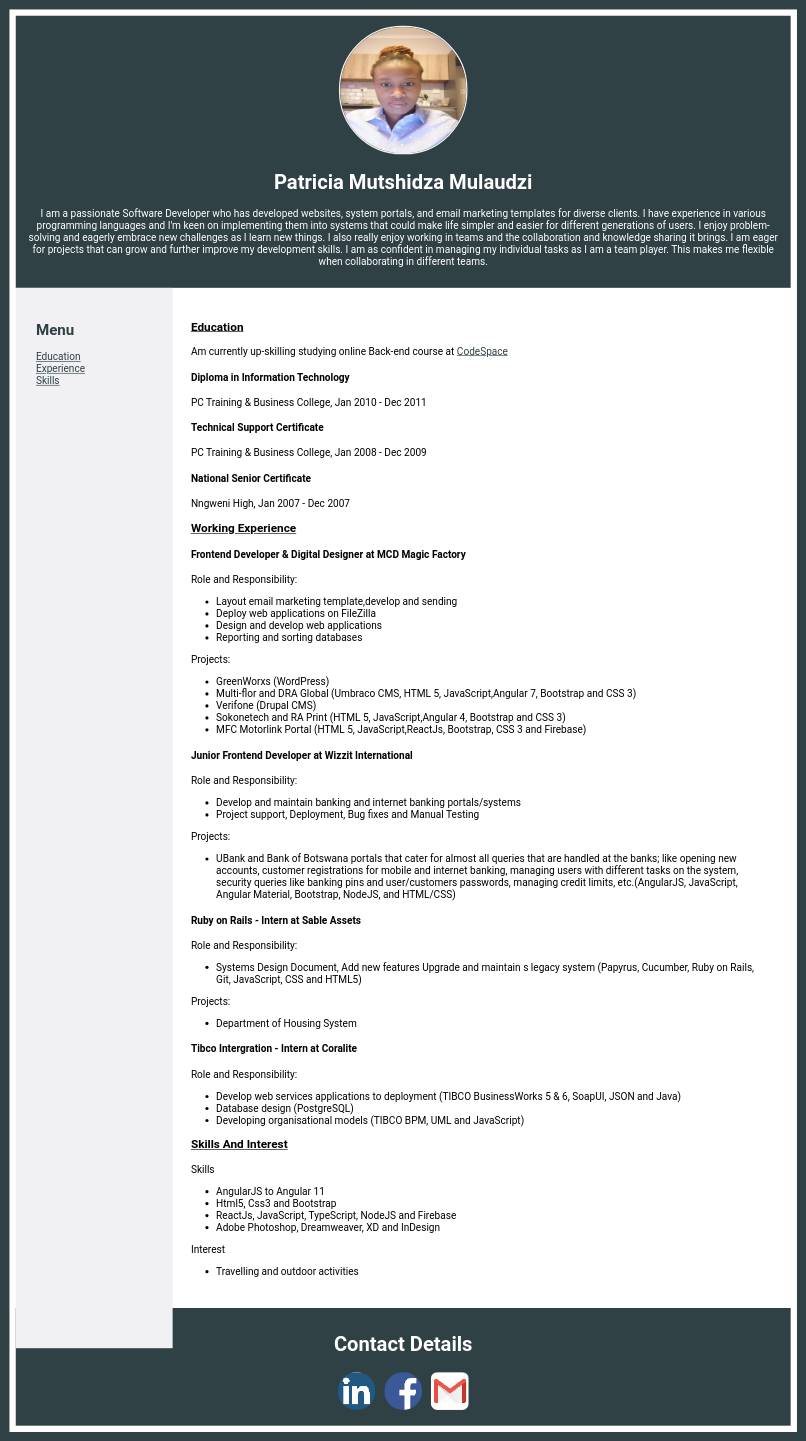
Repository: Patricious/Digital-Resume-01
Page: index.html
These files come from the project's save history. The page is drawn as it stood at one moment and after the next save; the edit follows.
The browser window is 1280 px wide. The pictures show the whole page, at 63% of full size.

Above is the page before, as saved 2021-08-23 11:52:32.

### index.html
<!DOCTYPE html>
<html>

<head>
    <title>Patricia Digital Resume</title>
    <meta charset="utf-8">
    <meta name="viewport" content="width=device-width, initial-scale=1">
    <link rel="stylesheet" type="text/css" href="css/stylesheet.css">
</head>

<body scroll="yes">

    <header>
        <img src="img/IMG_20200502_085519.jpg" alt="profile" width="200" height="200" class="profile" />
        <h1>Patricia Mutshidza Mulaudzi</h1>
        <p>I am a passionate Software Developer who has developed websites, system portals, and email marketing templates for diverse clients. I have experience in various programming languages and I'm keen on implementing them into systems that could make
            life simpler and easier for different generations of users. I enjoy problem-solving and eagerly embrace new challenges as I learn new things. I also really enjoy working in teams and the collaboration and knowledge sharing it brings. I am
            eager for projects that can grow and further improve my development skills. I am as confident in managing my individual tasks as I am a team player. This makes me flexible when collaborating in different teams.</p>
    </header>
    <div class="container">
        <section>
            <aside>
                <h2>Menu</h2>
                <ul class="nav">
                    <li>
                        <a href="#education">Education</a>
                    </li>
                    <li>
                        <a href="#experience">Experience</a>
                    </li>
                    <li>
                        <a href="#skills">Skills</a>
                    </li>

                </ul>
            </aside>

            <article>
                <h3 id="education"> <span>Education</span>
                </h3>
                <p> Am currently up-skilling studying online Back-end course at
                    <a href="https://www.codespace.co.za/courses/?matchtype=b&device=c&keyword=codespace&adgroupid=81088003381&utm_campaign=8148639553&utm_source=google&utm_medium=cpc&gclid=EAIaIQobChMIkP_7q8bG8gIV1uvtCh0w7A1-EAAYASAAEgL34vD_BwE"> CodeSpace</a>
                </p>

                <h4>Diploma in Information Technology </h4>

                <p>PC Training & Business College, Jan 2010 - Dec 2011</p>
                <h4>Technical Support Certificate </h4>


                <p>PC Training & Business College, Jan 2008 - Dec 2009</p>

                <h4>National Senior Certificate</h4>


                <p>Nngweni High, Jan 2007 - Dec 2007</p>


                <h3 id="experience"> Working Experience</h3>
                <h4>Frontend Developer & Digital Designer at MCD Magic Factory
                </h4>
                <p>Role and Responsibility:</p>
                <ul>
                    <li>Layout email marketing template,develop and sending</li>
                    <li> Deploy web applications on FileZilla</li>
                    <li>Design and develop web applications</li>
                    <li>Reporting and sorting databases</li>
                </ul>
                <p>Projects:</p>
                <ul>
                    <li>GreenWorxs (WordPress)</li>
                    <li>Multi-flor and DRA Global (Umbraco CMS, HTML 5, JavaScript,Angular 7, Bootstrap and CSS 3)</li>
                    <li>Verifone (Drupal CMS)</li>
                    <li>Sokonetech and RA Print (HTML 5, JavaScript,Angular 4, Bootstrap and CSS 3)</li>
                    <li>MFC Motorlink Portal (HTML 5, JavaScript,ReactJs, Bootstrap, CSS 3 and Firebase)</li>
                </ul>

                <h4>Junior Frontend Developer at Wizzit International
                </h4>
                <p>Role and Responsibility:</p>
                <ul>
                    <li>Develop and maintain banking and internet banking portals/systems</li>
                    <li>Project support, Deployment, Bug fixes and Manual Testing</li>

                </ul>
                <p>Projects:</p>
                <ul>
                    <li>UBank and Bank of Botswana portals that cater for almost all queries that are handled at the banks; like opening new accounts, customer registrations for mobile and internet banking, managing users with different tasks on the system,
                        security queries like banking pins and user/customers passwords, managing credit limits, etc.(AngularJS, JavaScript, Angular Material, Bootstrap, NodeJS, and HTML/CSS)</li>
                </ul>

                <h4>Ruby on Rails - Intern at Sable Assets
                </h4>
                <p>Role and Responsibility:</p>
                <ul>
                    <li>Systems Design Document, Add new features Upgrade and maintain s legacy system (Papyrus, Cucumber, Ruby on Rails, Git, JavaScript, CSS and HTML5)</li>

                </ul>
                <p>Projects:</p>
                <ul>
                    <li>Department of Housing System</li>
                </ul>

                <h4>Tibco Intergration - Intern at Coralite
                </h4>
                <p>Role and Responsibility:</p>
                <ul>
                    <li>Develop web services applications to deployment (TIBCO BusinessWorks 5 & 6, SoapUI, JSON and Java)
                    </li>
                    <li>Database design (PostgreSQL)</li>
                    <li>Developing organisational models (TIBCO BPM, UML and JavaScript)</li>
                </ul>


                <h3 id="skills">Skills And Interest</h3>
                <p>Skills</p>
                <ul>
                    <li>AngularJS to Angular 11</li>
                    <li>Html5, Css3 and Bootstrap</li>
                    <li>ReactJs, JavaScript, TypeScript, NodeJS and Firebase</li>
                    <li>Adobe Photoshop, Dreamweaver, XD and InDesign</li>
                </ul>
                <p>Interest </p>
                <ul>
                    <li>Travelling and outdoor activities</li>
                </ul>
            </article>
        </section>
    </div>

    <footer>
        <h1>Contact Details</h1>
        <a href="https://www.linkedin.com/in/patricia-mulaudzi-93b526101/" target="_blank"><img src="img/in.png" alt="LinkedIN" class="circle"></a>
        <a href="https://www.facebook.com/patricia.mulaudzi.1/" target="_blank"><img src="img/fb.png" alt="Facebook" class="circle"></a>
        <a href="mailto:mulaudzi689@gmail.com"><img src="img/gm.png" alt="Gmail" class="rounded"></a>
    </footer>
</body>

</html>

### css/stylesheet.css
     html {
         border: 15px solid #304145;
     }

     body {
         font-family: 'Roboto', sans-serif;
         font-size: 100%;
         background-color: #ffffff;
         margin: 10px;
         overflow-y: scroll;
     }

     .container {
         position: relative;
         height: 100%;
         background-color: #ffffff;
     }

     header {
         text-align: center;
         background-color: #304145;
         color: #ffffff;
         padding: 1em;
     }

     aside {
         background-color: #F1F1F3;
         color: #304145;
         width: 15%;
         padding: 2em;
         height: 100%;
         float: left;
         position: absolute;
         flex: 0 0 auto;
     }

     h3 {
         text-decoration: underline;
     }

     article {
         padding: 2em;
         margin-left: 20%;
     }

     .profile {
         border-radius: 100px;
         border: 2px solid #F1F1F3;
     }

     .circle {
         border-radius: 100px;
         padding: 5px;
     }

     .rounded {
         border-radius: 15px;
         padding: 5px;
     }

     .nav {
         list-style-type: none;
         margin: 0;
         padding: 0;
     }

     a {
         color: #304145;
     }

     footer {
         background-color: #304145;
         text-align: center;
         color: #ffffff;
         padding: 1em;
     }

After the next save:
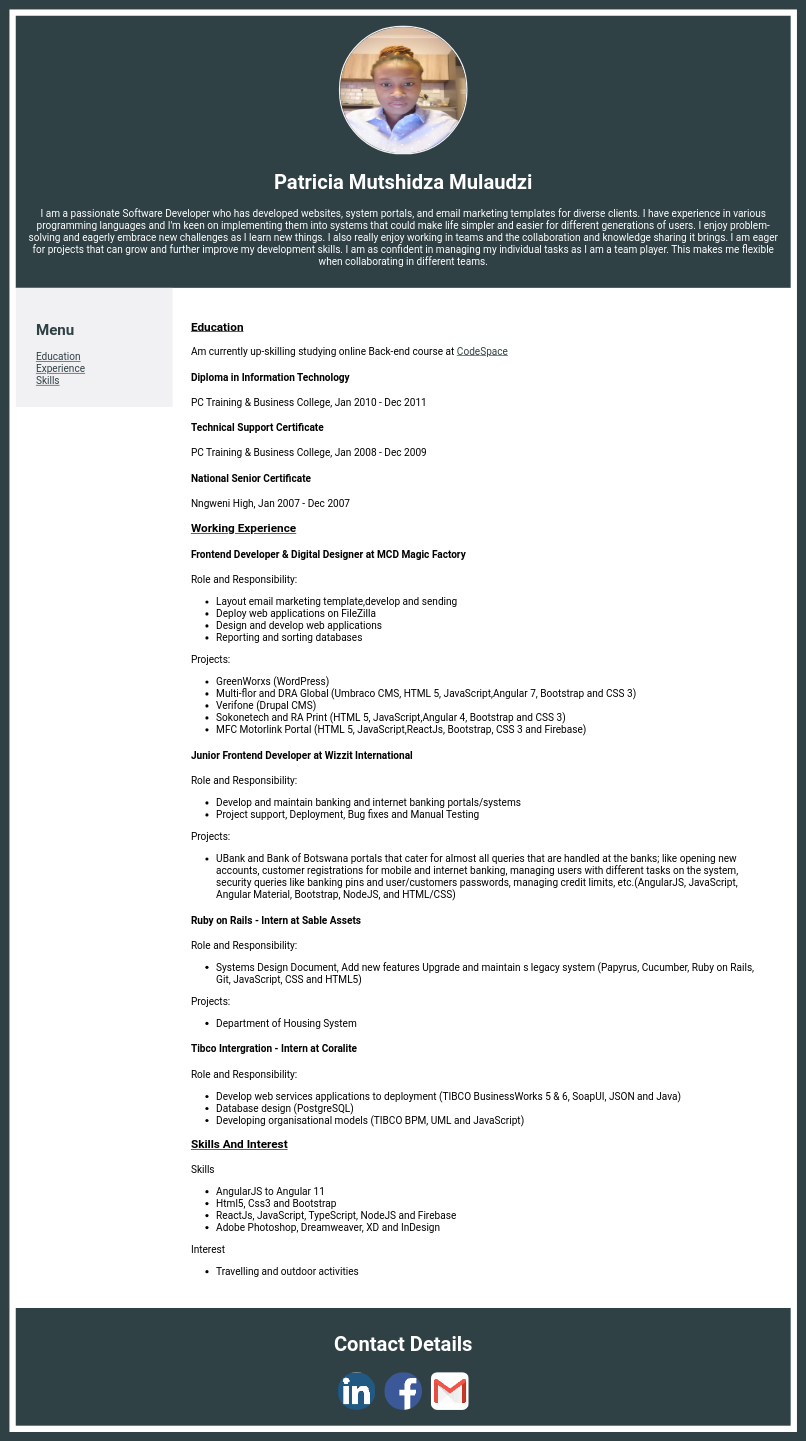
Saved 17 s later.
--- a/css/stylesheet.css
+++ b/css/stylesheet.css
@@ -28,7 +28,7 @@
          color: #304145;
          width: 15%;
          padding: 2em;
-         height: 100%;
+         /* height: 100%; */
          float: left;
          position: absolute;
          flex: 0 0 auto;

After the save that followed:
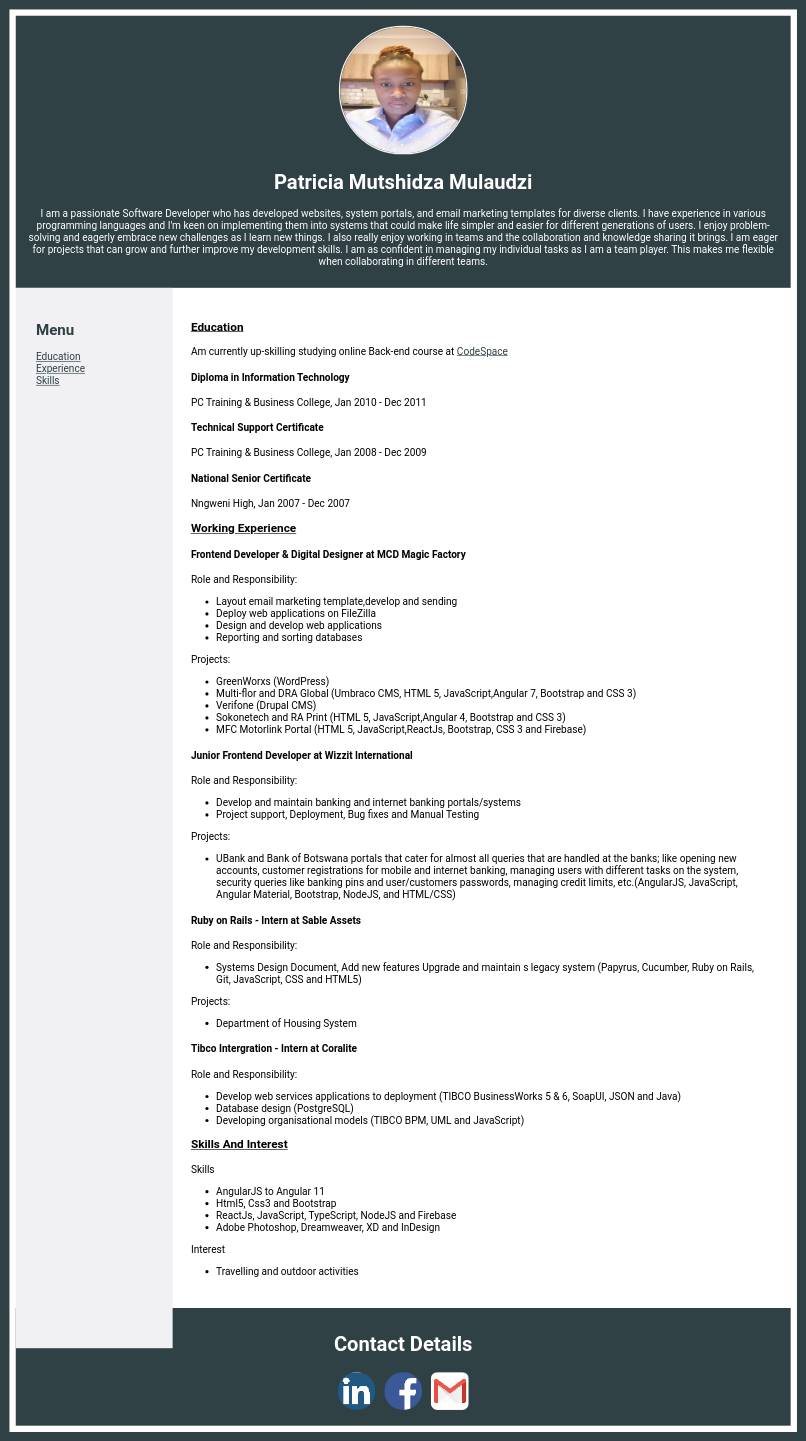
Saved 11 s later.
--- a/css/stylesheet.css
+++ b/css/stylesheet.css
@@ -28,7 +28,7 @@
          color: #304145;
          width: 15%;
          padding: 2em;
-         /* height: 100%; */
+         height: 100%;
          float: left;
          position: absolute;
          flex: 0 0 auto;
